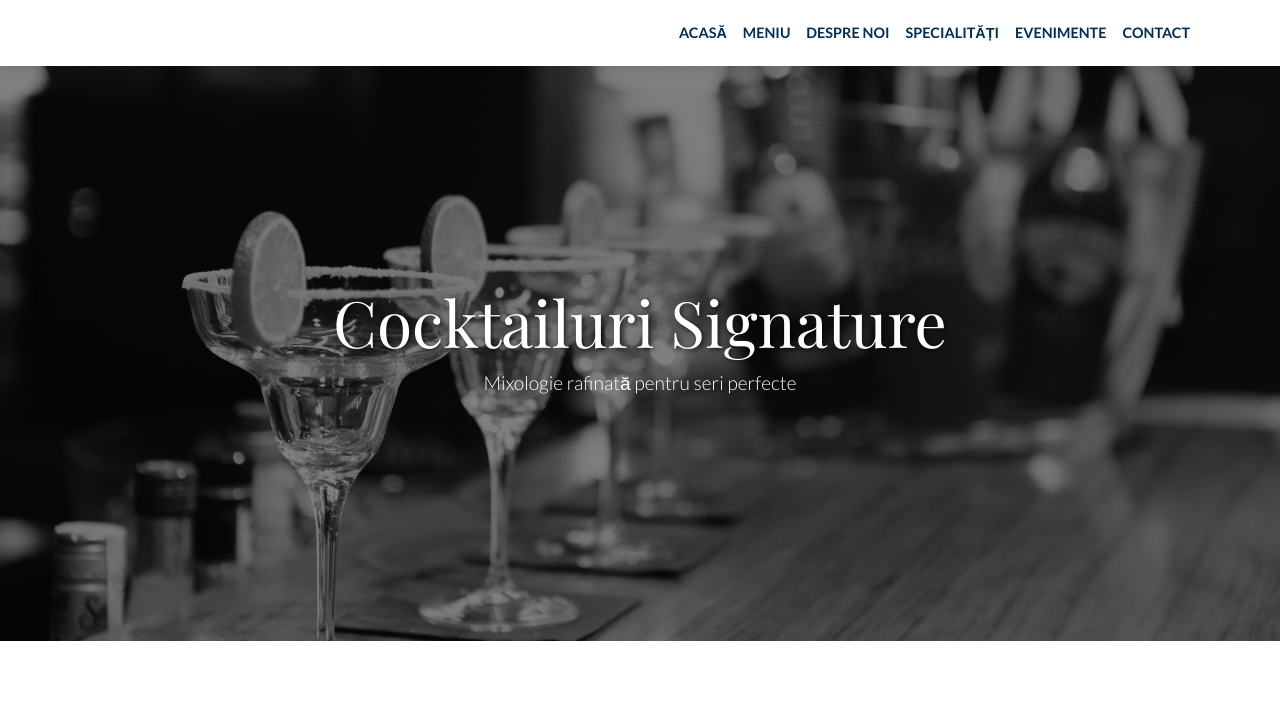
Repository: 912-Comsa-Teodora/bistrot-restaurant
Page: restaurant/index.html
An editor plug-in stored every save of this project. The page is shown before and after the next save, followed by the edit.
The browser window is 1280 px wide. The pictures show the part of the page from y = 0 to 701 px (the page is 3068 px tall).
A picture or video elsewhere on the page could not be fetched, so the positions and the page height are approximate.

Above is the page before, as saved 2026-01-17 14:17:56.

### restaurant/index.html
<!DOCTYPE html>
<html lang="ro">
<head>
    <meta charset="UTF-8">
    <meta name="viewport" content="width=device-width, initial-scale=1.0">
    <meta name="description" content="Cel mai bun restaurant și bar din oraș. Atmosferă unică, meniu select.">
    <meta name="author" content="Numele Tau">

    <title>Bistrot Elegance - Restaurant & Bar</title>

    <link href="https://cdn.jsdelivr.net/npm/bootstrap@5.3.0/dist/css/bootstrap.min.css" rel="stylesheet">

    <link rel="stylesheet" href="https://cdnjs.cloudflare.com/ajax/libs/font-awesome/6.4.0/css/all.min.css">

    <link href="https://fonts.googleapis.com/css2?family=Playfair+Display:wght@400;700&family=Lato:wght@300;400;700&display=swap" rel="stylesheet">

    <style>
        :root {
            --primary-color: #740427; /* Visiniu elegant stil Toulouse */
            --gold-color: #C8EAD3;
            --text-dark: #002d5a;
        }

        body {
            font-family: 'Lato', sans-serif;
            color: var(--text-dark);
            padding-top: 65px; /* Pentru a nu ascunde continutul sub meniul fix */
        }

        h1, h2, h3, h4, h5 {
            font-family: 'Playfair Display', serif;
            color: var(--primary-color);
        }

        /* Navigatie */
        .navbar {
            background-color: #fff;
            box-shadow: 0 2px 10px rgba(0,0,0,0.1);
        }

        .navbar-brand img {
            max-height: 40px;
        }

        .nav-link {
            color: var(--text-dark);
            font-weight: 700;
            text-transform: uppercase;
            font-size: 0.9rem;
        }

        .nav-link:hover {
            color: var(--primary-color);
        }

        /* Carousel Custom */
        #heroCarousel .carousel-item img {
            height: 80vh; /* Inaltimea caruselului */
            object-fit: cover;
            filter: brightness(0.5); /* Intunecam putin imaginile pentru contrast text */
        }

        .carousel-caption {
            top: 50%;
            transform: translateY(-50%);
            bottom: auto;
            width: 70%;
            left: 15%;
        }

        .carousel-caption p {
            margin-top: 0;
            margin-bottom: 1.5rem;
            font-size: 1.2rem;
            font-weight: 300;
        }

        .carousel-caption h2 {
            font-size: 4rem;
            color: #fff;
            text-shadow: 2px 2px 4px rgba(0,0,0,0.6);
        }

        /* Sectiuni Generale */
        section {
            padding: 80px 0;
        }

        .bg-light-custom {
            background-color: #f8f9fa;
        }

        .section-title {
            text-align: center;
            margin-bottom: 50px;
            position: relative;
        }

        .section-title::after {
            content: '';
            display: block;
            width: 60px;
            height: 3px;
            background-color: var(--primary-color);
            margin: 20px auto;
        }

        /* Carduri Meniu */
        .card {
            border: none;
            transition: transform 0.3s;
            box-shadow: 0 5px 15px rgba(0,0,0,0.05);
        }

        .card:hover {
            transform: translateY(-5px);
        }

        .card-img-top {
            height: 250px;
            width: 100%;
            object-fit: cover;
            object-position: center;
        }

        .price-tag {
            font-size: 1.25rem;
            font-weight: bold;
            color: var(--primary-color);
        }

        /* Evenimente */

        @media (min-width: 992px) {

            .event-img-small {
                height: 250px;
                width: 100%;
                object-fit: cover;
            }

            /* Force large image to be exactly: Small + Small + Margin */
            .event-img-large {
                /* 250 + 250 + 1.5rem (Bootstrap's mb-4 spacer is 1.5rem) */
                height: calc(500px + 1.5rem);
                width: 100%;
                object-fit: cover;
            }
        }

        /* Footer */
        footer {
            background-color: #1a1a1a;
            color: #fff;
            padding: 60px 0 20px;
        }

        footer h4 {
            color: var(--gold-color);
            margin-bottom: 20px;
        }

        .social-icons a {
            color: #fff;
            font-size: 1.5rem;
            margin-right: 15px;
            transition: color 0.3s;
        }

        .social-icons a:hover {
            color: var(--gold-color);
        }
    </style>
</head>
<body>

    <header id="home">
        <nav class="navbar navbar-expand-lg navbar-light fixed-top">
            <div class="container">
                <a class="navbar-brand" href="index.html">
                    <img src="./pictures/Bistrot-Elegance-Logo.png" alt="Logo Bistrot Elegance">
                </a>

                <button class="navbar-toggler" type="button" data-bs-toggle="collapse" data-bs-target="#navbarContent" aria-controls="navbarContent" aria-expanded="false" aria-label="Toggle navigation">
                    <span class="navbar-toggler-icon"></span>
                </button>

                <div class="collapse navbar-collapse" id="navbarContent">
                    <ul class="navbar-nav ms-auto mb-2 mb-lg-0">
                        <li class="nav-item">
                            <a class="nav-link" href="#home">Acasă</a>
                        </li>
                        <li class="nav-item">
                            <a class="nav-link" href="#meniu">Meniu</a>
                        </li>
                        <li class="nav-item">
                            <a class="nav-link" href="#despre">Despre Noi</a>
                        </li>
                        <li class="nav-item">
                            <a class="nav-link" href="#specialitati">Specialități</a>
                        </li>
                        <li class="nav-item">
                            <a class="nav-link" href="#evenimente">Evenimente</a>
                        </li>
                        <li class="nav-item">
                            <a class="nav-link" href="#contact">Contact</a>
                        </li>
                    </ul>
                </div>
            </div>
        </nav>
    </header>

        <div id="heroCarousel" class="carousel slide" data-bs-ride="carousel">
            <div class="carousel-inner">
                <div class="carousel-item active" data-bs-interval="3000">
                    <img src="pictures/restaurant-imagine-principala.jpg" class="d-block w-100" alt="Interior restaurant seara cu lumini ambientale">
                    <div class="carousel-caption d-none d-md-block">
                        <p>Bine ați venit la</p>
                        <h2>Bistrot Elegance</h2>
                        <p>O experiență culinară de neuitat în inima orașului</p>
                    </div>
                </div>

                <div class="carousel-item" data-bs-interval="3000">
                    <img src="pictures/cover-bauturi.jpg" class="d-block w-100" alt="Barman preparând cocktailuri signature">
                    <div class="carousel-caption d-none d-md-block">
                        <h2>Cocktailuri Signature</h2>
                        <p>Mixologie rafinată pentru seri perfecte</p>
                    </div>
                </div>

                <div class="carousel-item" data-bs-interval="3000">
                    <img src="pictures/cover-mancare.jpg" class="d-block w-100" alt="Barman preparând cocktailuri signature">
                    <div class="carousel-caption d-none d-md-block">
                        <h2>Gusturi Autentice</h2>
                        <p>Preparate create cu pasiune din ingrediente locale</p>
                    </div>
                </div>

                <div class="carousel-item" data-bs-interval="3000">
                    <img src="pictures/cover-desert.jpg" class="d-block w-100" alt="Deserturi facute in casa">
                    <div class="carousel-caption d-none d-md-block">
                        <h2>Deserturi Artizanale</h2>
                        <p>Finalul dulce perfect pentru orice masă</p>
                    </div>
                </div>
            </div>
        </div>

    <section id="despre">
        <div class="container">
            <div class="row align-items-center">
                <div class="col-lg-6 mb-4 mb-lg-0">
                    <h2 class="mb-4">Povestea Noastră</h2>
                    <h3 class="text-muted mb-3">Tradiție și modernism din 2010</h3>
                    <p>
                        Situat într-o clădire istorică, <strong>Bistrot Elegance</strong> îmbină arhitectura clasică cu un design interior modern și vibrant. Ne mândrim cu o atmosferă care invită la relaxare și conversație, fiind locul ideal atât pentru întâlniri de afaceri, cât și pentru cine romantice.
                    </p>
                    <p>
                        Filozofia noastră culinară se bazează pe ingrediente locale, proaspete, reinterpretate într-o manieră internațională. Echipa noastră de bucătari pasionați lucrează zilnic pentru a oferi preparate care surprind prin gust și prezentare.
                    </p>
                </div>
                <div class="col-lg-6">
                    <img src="pictures/interior-restaurant.jpg" class="img-fluid rounded shadow" alt="Fotografie cu interiorul restaurantului la ora pranzului">
                </div>
            </div>
        </div>
    </section>

    <section id="specialitati" class="bg-light-custom">
        <div class="container">
            <h2 class="section-title">Recomandările Chef-ului</h2>
            <div class="row g-4">

                <div class="col-md-6 col-lg-3">
                    <div class="card h-100">
                        <span class="position-absolute top-0 end-0 badge rounded-pill bg-danger m-2">
                            Best Seller
                        </span>
                        <img src="pictures/muschi-de-vita-cu-legume.jpg" class="card-img-top" alt="Friptura de vita pe gratar">
                        <div class="card-body d-flex flex-column">
                            <h4 class="card-title">Mușchi de Vită & Grădină de Legume</h4>
                            <p class="card-text text-muted">Mușchi de vită fraged la grătar, acompaniat de broccoli, anghinare și roșii cherry. Decorat artistic cu piure de morcov și pudră de sfeclă.</p>
                            <div class="mt-auto d-flex justify-content-between align-items-center">
                                <span class="badge bg-secondary">Vită Premium</span>
                                <span class="price-tag">135 RON</span>
                            </div>
                        </div>
                    </div>
                </div>

                <div class="col-md-6 col-lg-3">
                    <div class="card h-100">
                         <span class="position-absolute top-0 end-0 badge rounded-pill bg-success m-2">
                            Nou în meniu
                        </span>
                        <img src="pictures/avocado-gourmet-burger.jpg" class="card-img-top" alt="Burger Gourmet">
                        <div class="card-body d-flex flex-column">
                            <h4 class="card-title">Avocado Gourmet Burger</h4>
                            <p class="card-text text-muted">Chiflă brioche pufoasă, carne de vită Black Angus, brânză cheddar maturată și straturi de avocado proaspăt. Completat de sos casei.</p>
                            <div class="mt-auto d-flex justify-content-between align-items-center">
                                <span class="badge bg-secondary">Burger</span>
                                <span class="price-tag">68 RON</span>
                            </div>
                        </div>
                    </div>
                </div>

                <div class="col-md-6 col-lg-3">
                    <div class="card h-100">
                        <img src="pictures/vita-cu-fructe-rosii.jpg" class="card-img-top" alt="Vita fructe rosii">
                        <div class="card-body d-flex flex-column">
                            <h4 class="card-title">Vită cu Reducție de Fructe Roșii</h4>
                            <p class="card-text text-muted">File de vită medium-rare servit cu un sos dulce-acrișor de fructe de pădure și o garnitură fină de piure cu trufe.</p>
                            <div class="mt-auto d-flex justify-content-between align-items-center">
                                <span class="badge bg-secondary">Signature Dish</span>
                                <span class="price-tag">148 RON</span>
                            </div>
                        </div>
                    </div>
                </div>

                <div class="col-md-6 col-lg-3">
                    <div class="card h-100">
                        <span class="position-absolute top-0 end-0 badge rounded-pill bg-warning text-dark m-2">
                            Oferta Specială
                        </span>
                        <img src="pictures/salmon-poke.jpg" class="card-img-top" alt="Poke Bowl">
                        <div class="card-body d-flex flex-column">
                            <h4 class="card-title">Crunchy Salmon Poke</h4>
                            <p class="card-text text-muted">Cuburi de somon proaspăt, avocado, edamame și ceapă crocantă pe pat de orez. Un mix echilibrat, finisat cu sos ponzu.</p>
                            <div class="mt-auto d-flex justify-content-between align-items-center">
                                <span class="badge bg-secondary">Raw Bar</span>
                                <span class="price-tag">58 RON</span>
                            </div>
                        </div>
                    </div>
                </div>

            </div>
        </div>
    </section>

    <section id="evenimente">
        <div class="container">
            <h2 class="section-title">Evenimente & Atmosferă</h2>
            <div class="row">
                <div class="col-lg-4 mb-4">
                    <h3>Muzică Live & Seri Tematice</h3>
                    <p>În fiecare seară de vineri și sâmbătă, atmosfera este întreținută de artiști locali de jazz și pian.</p>
                    <p>Organizam degustări de vinuri în fiecare ultimă joi din lună. Vă așteptăm să descoperiți soiuri premiate alături de somelierul nostru.</p>
                    <div class="alert alert-info mt-3" role="alert">
                        <strong>Rezervare necesară!</strong> Locurile sunt limitate pentru serile de muzică live.
                    </div>
                </div>

                <div class="col-lg-4 col-md-6 mb-4">
                    <img src="pictures/seara-tematica-sushi.jpg" class="img-fluid rounded mb-4 w-100 event-img-small" alt="Formatie de jazz cantand live">

                    <img src="pictures/petrecere-privata.jpg" class="img-fluid rounded w-100 event-img-small" alt="Pahare de vin pe masa">
                </div>

                <div class="col-lg-4 col-md-6">
                    <img src="pictures/seara-de-jazz.jpg" class="img-fluid rounded w-100 event-img-large" alt="Grup de oameni la o masa festiva">
                </div>
            </div>
        </div>
    </section>

    <footer id="contact">
        <div class="container">
            <div class="row">
                <div class="col-md-4 mb-4">
                    <h4>Contact</h4>
                    <p><i class="fas fa-map-marker-alt me-2"></i> Strada Principală Nr. 10, Cluj-Napoca</p>
                    <p><i class="fas fa-phone me-2"></i> +40 722 123 456</p>
                    <p><i class="fas fa-envelope me-2"></i> contact@bistrotelegance.ro</p>
                </div>

                <div class="col-md-4 mb-4">
                    <h4>Program</h4>
                    <p>Luni - Joi: 10:00 - 23:00</p>
                    <p>Vineri - Sâmbătă: 10:00 - 02:00</p>
                    <p>Duminică: 12:00 - 23:00</p>
                </div>

                <div class="col-md-4 mb-4 text-md-end text-start">
                    <h4>Urmărește-ne</h4>
                    <div class="social-icons">
                        <a href="#" aria-label="Facebook"><i class="fab fa-facebook-f"></i></a>
                        <a href="#" aria-label="Instagram"><i class="fab fa-instagram"></i></a>
                        <a href="#" aria-label="TripAdvisor"><i class="fab fa-tripadvisor"></i></a>
                    </div>
                </div>
            </div>

            <hr class="bg-light">

            <div class="row">
                <div class="col-12 text-center">
                    <p class="small mb-0">&copy; 2023 Bistrot Elegance. Toate drepturile rezervate.</p>
                </div>
            </div>
        </div>
    </footer>

    <script src="https://cdn.jsdelivr.net/npm/bootstrap@5.3.0/dist/js/bootstrap.bundle.min.js"></script>
</body>
</html>

After the next save:
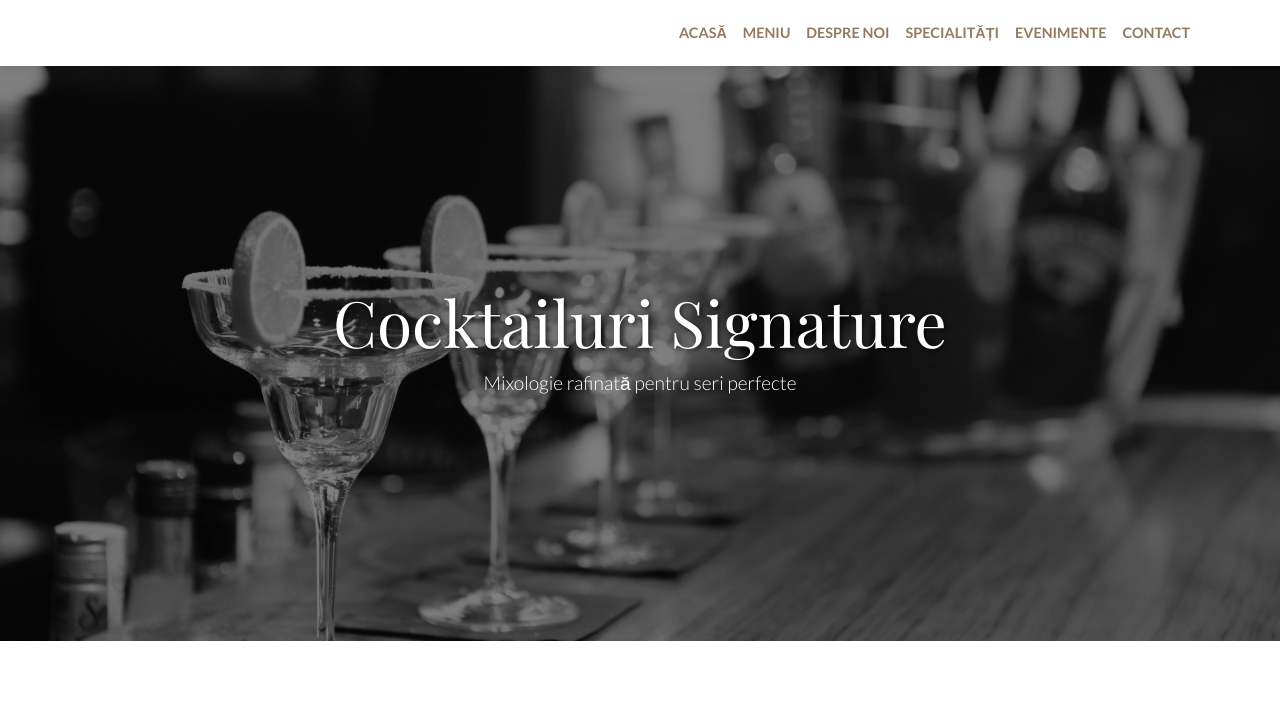
Saved 21 s later.
--- a/restaurant/index.html
+++ b/restaurant/index.html
@@ -18,7 +18,7 @@
         :root {
             --primary-color: #740427; /* Visiniu elegant stil Toulouse */
             --gold-color: #C8EAD3;
-            --text-dark: #002d5a;
+            --text-dark: #937B63;
         }
 
         body {
